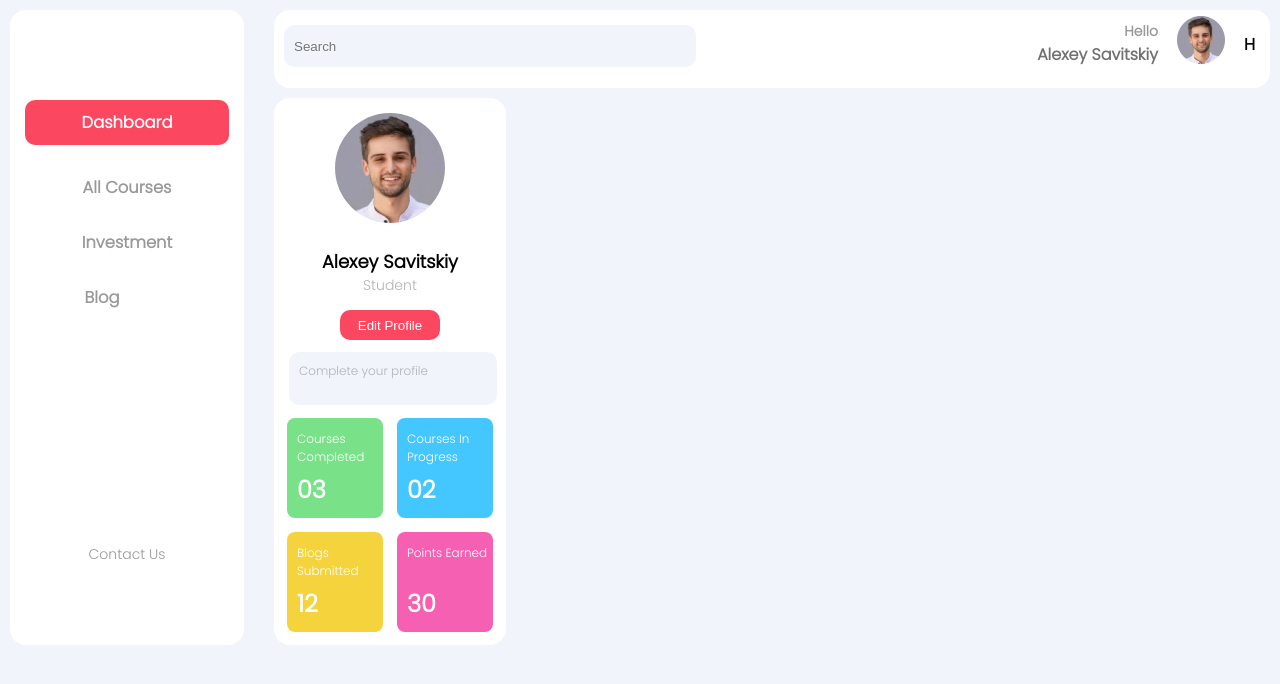
Repository: Anuruddha00/dashboard-design
Page: /
These files come from the project's save history. The page is drawn as it stood at one moment and after the next save; the edit follows.
The browser window is 1280 px wide. The pictures show the whole page.
The project was rebuilt for these pictures with package versions that can differ from the ones it lists, and the page was loaded fresh each time.

Above is the page before, as saved 2021-05-07 14:16:03.

After the next save:
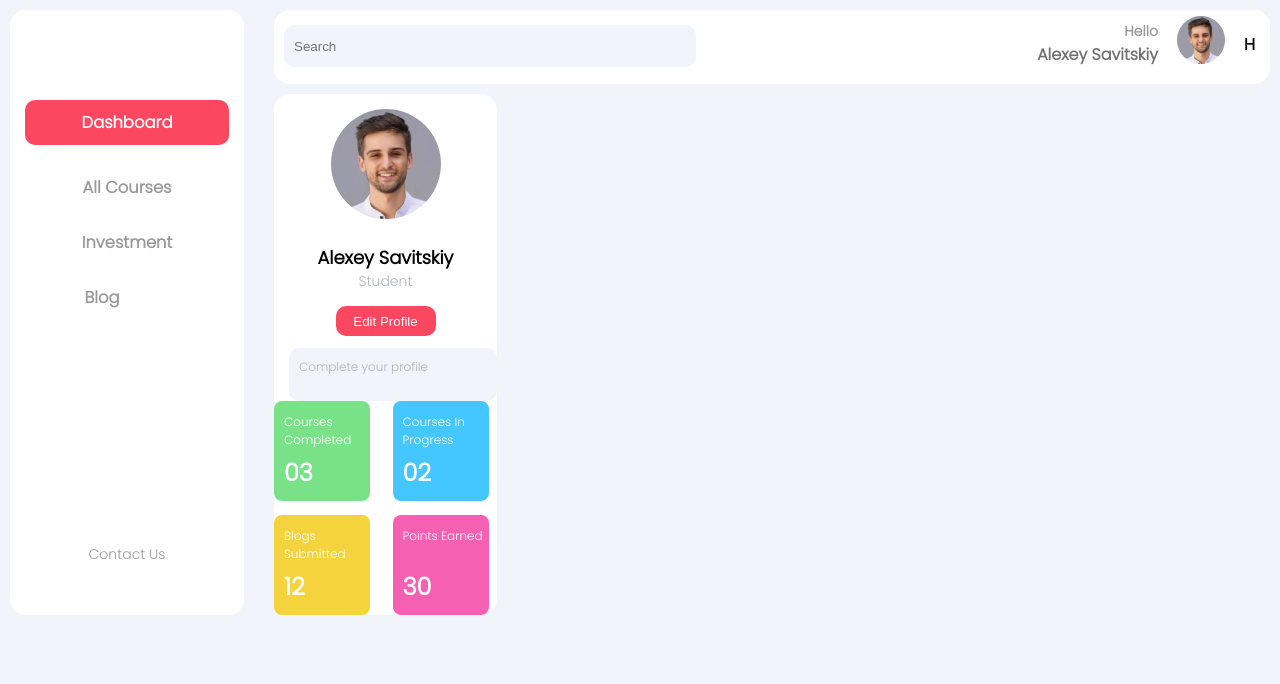
Saved 47 s later.
--- a/src/containers/Dashboard/Dashboard.scss
+++ b/src/containers/Dashboard/Dashboard.scss
@@ -170,7 +170,7 @@ body{
                             &Progress{
                                 display: grid;
                                 grid-template-columns: 1fr 1fr;
-                                margin: 13px;
+
                                 gap: 1em;
                                 color: #ffffff;
 

After the save that followed:
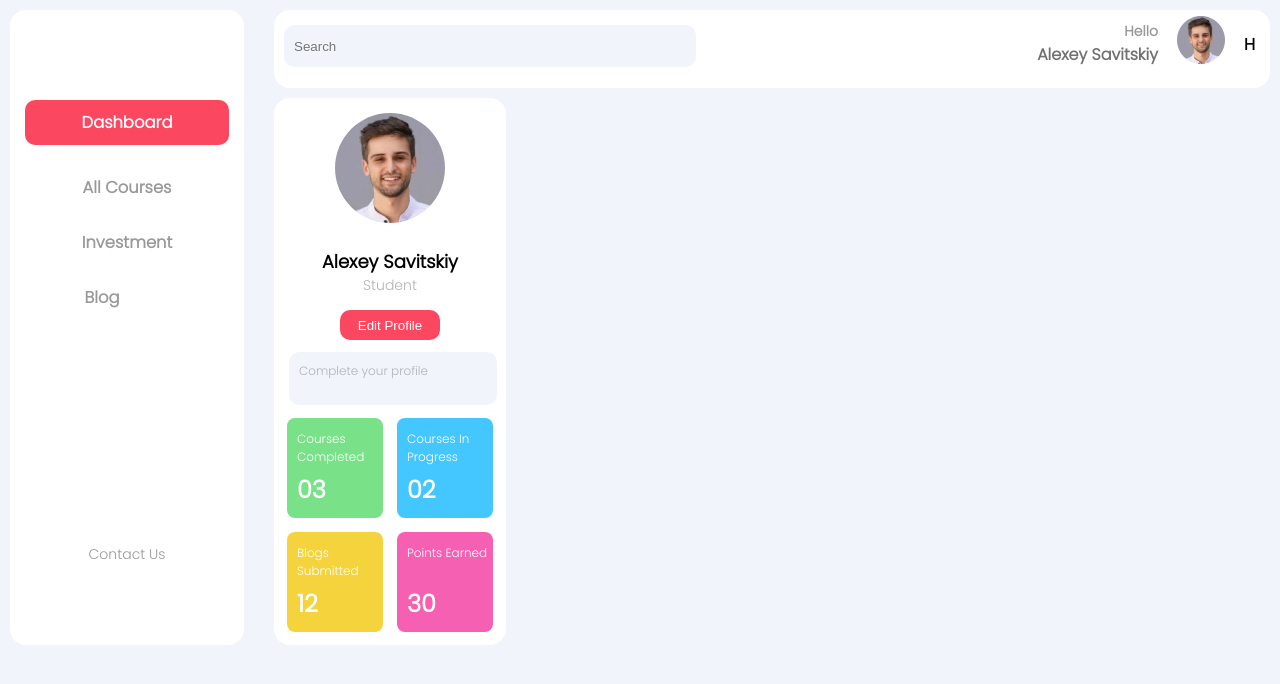
Saved 4 s later.
--- a/src/containers/Dashboard/Dashboard.scss
+++ b/src/containers/Dashboard/Dashboard.scss
@@ -170,7 +170,7 @@ body{
                             &Progress{
                                 display: grid;
                                 grid-template-columns: 1fr 1fr;
-
+                                margin: 13px;
                                 gap: 1em;
                                 color: #ffffff;
 
